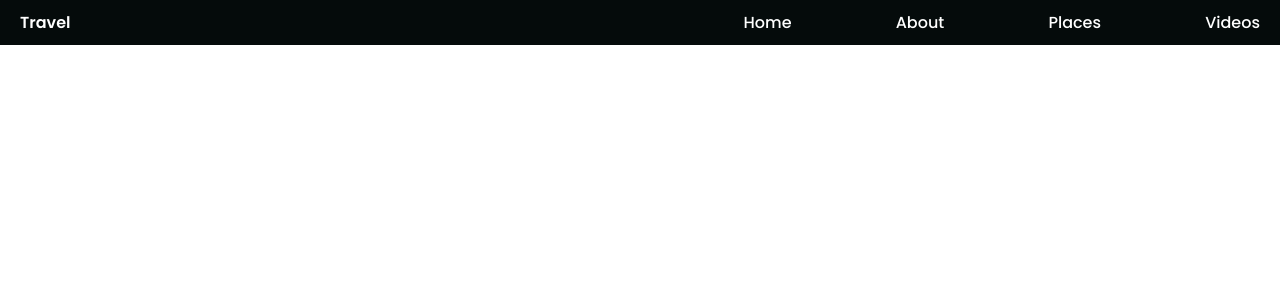
Repository: OmniaRafat232111121/Traveling
Page: index.html
These files come from the project's save history. The page is drawn as it stood at one moment and after a run of saves; the edit follows.
The browser window is 1280 px wide. The pictures show the whole page.

Above is the page before, as saved 2022-12-19 22:25:18.

After the next 5 saves:
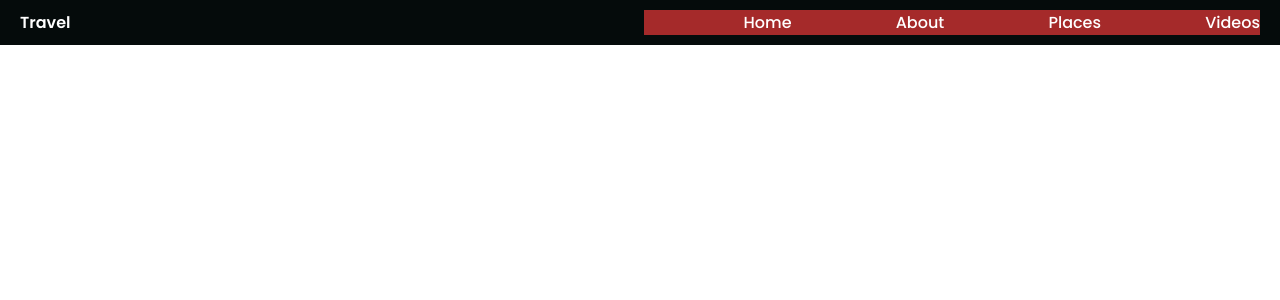
The 5 saves are shown as one change because they came seconds apart.
The last was saved 12 s later.
--- a/css/style.css
+++ b/css/style.css
@@ -41,8 +41,9 @@
     font-weight: 600;
     color:var(--bf-color)
 }
-nav  {
+nav {
     position: relative;
+    background-color: brown;
 }
 nav ul li a:after{
     content:'';

After the save that followed:
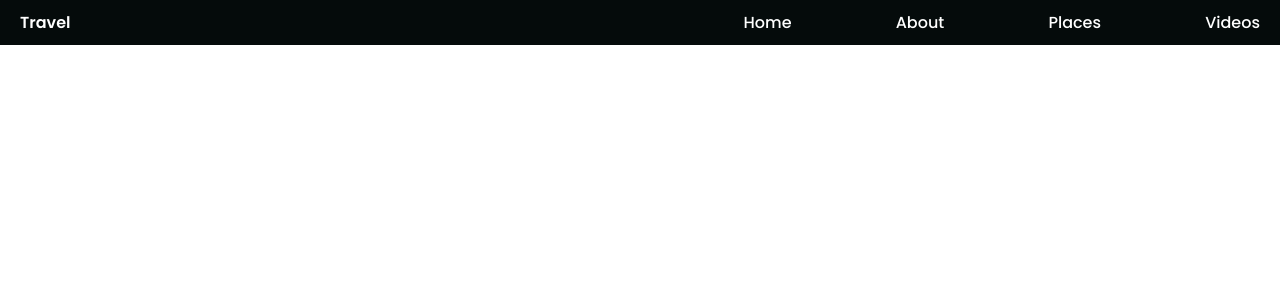
Saved 11 s later.
--- a/css/style.css
+++ b/css/style.css
@@ -43,7 +43,6 @@
 }
 nav {
     position: relative;
-    background-color: brown;
 }
 nav ul li a:after{
     content:'';
